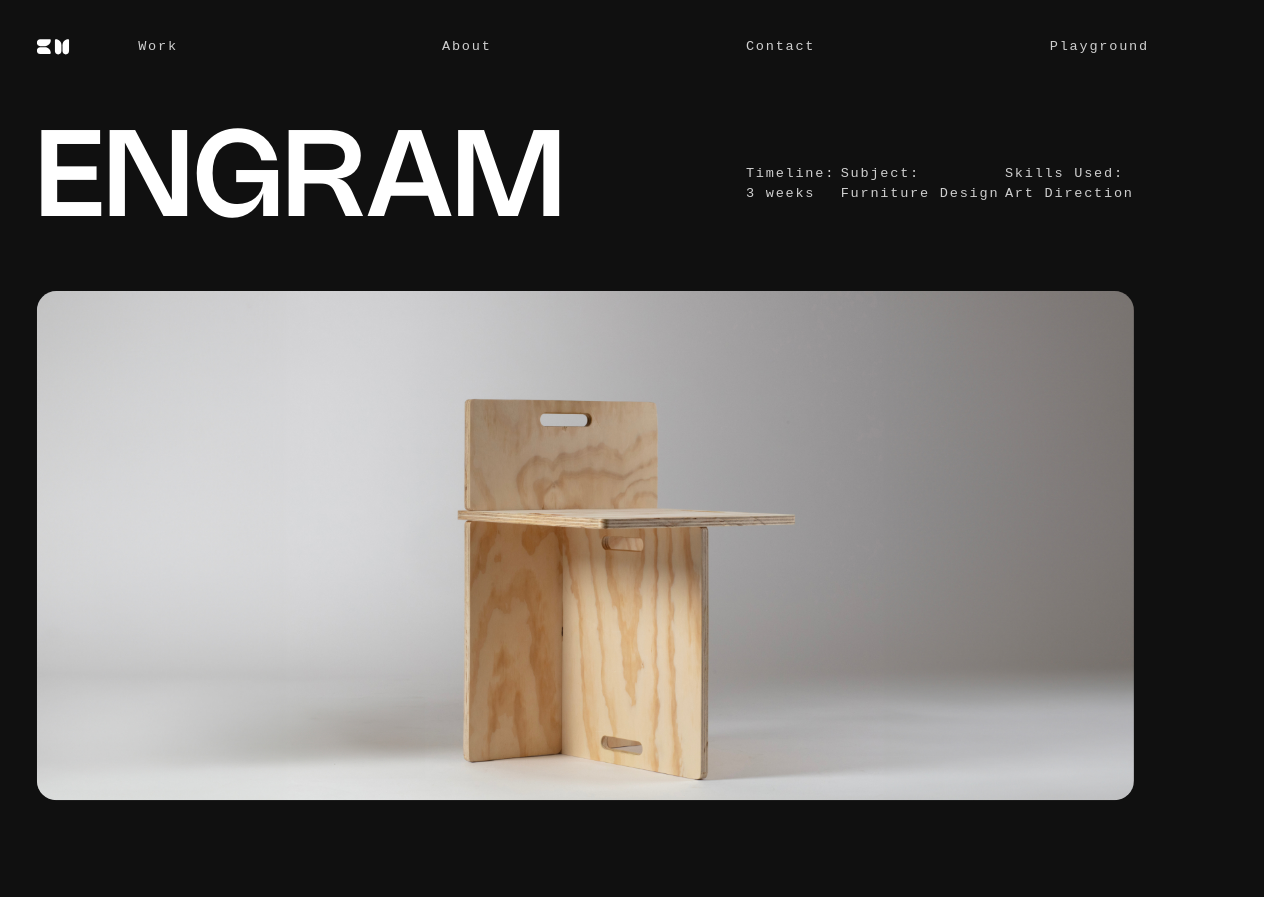
Repository: theethanwright/ethan_wright_portfolio
Page: work/work.html
The author's editor kept a copy of each file at every save. The page is drawn from the files as they stood at one save, then again after the next save.
The browser window is 1280 px wide. The page is 1303 px wide, so the pictures cover 1303 px, including what lies to the right of the window. The pictures show the whole page, at 97% of full size.

Above is the page before, as saved 2023-12-25 22:15:05.

After the next save:
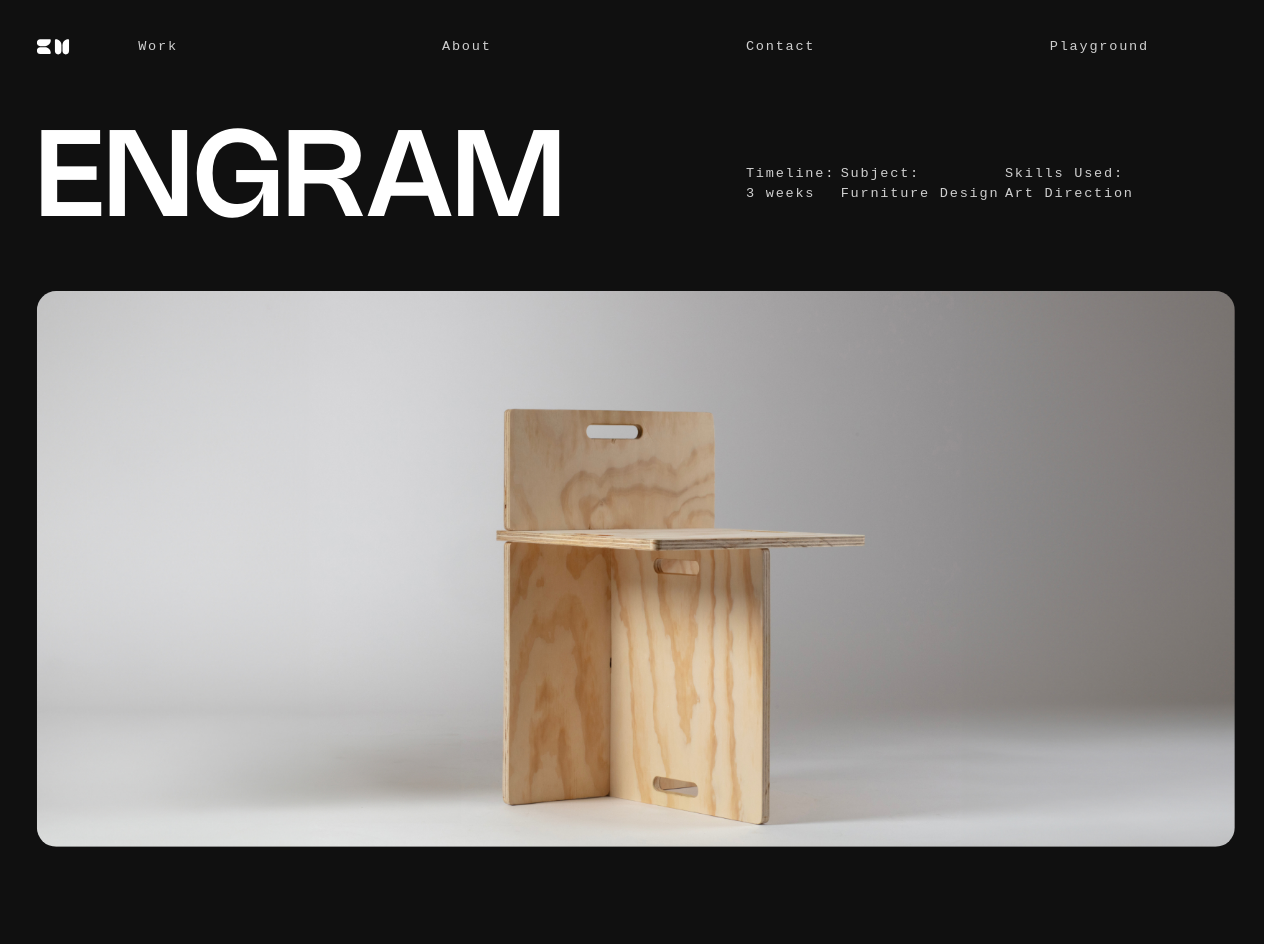
Saved 27 s later.
--- a/work/layouts.css
+++ b/work/layouts.css
@@ -82,7 +82,7 @@
       }
 
       .wrapper-project a {
-        grid-column: 1 / 12;
+        grid-column: 1 / span 12;
         justify-self: start;
         align-self: center;
       }
